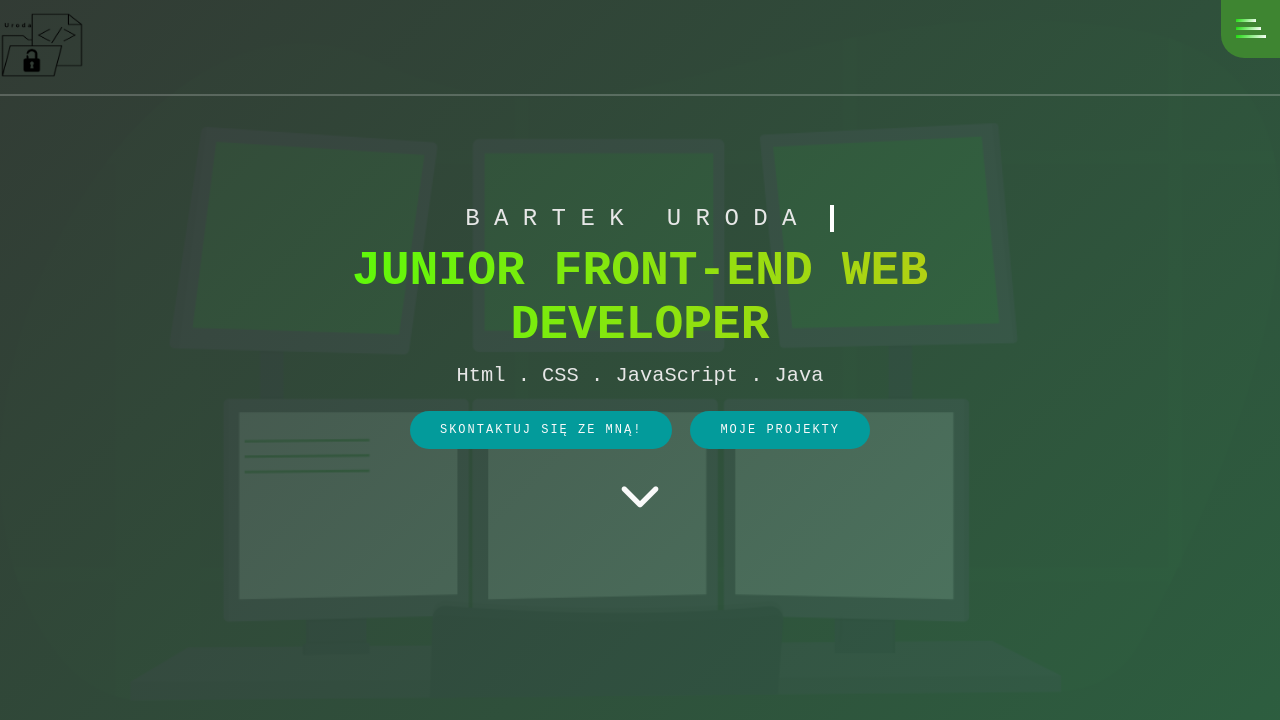
Repository: BartekUroda/portfolio
Page: index.html
These files come from the project's save history. The page is drawn as it stood at one moment and after the next save; the edit follows.
The browser window is 1280 px wide. The pictures show the whole page.
Some web fonts or font styles are not loaded; a fallback is used. Some web libraries are served in a nearby version.

Above is the page before, as saved 2020-10-27 00:35:19.

### index.html
<!DOCTYPE html>
<html lang="en">
<head>
    <meta charset="UTF-8">
    <meta name="viewport" content="width=device-width, initial-scale=1.0">
    <title>Portfolio | Bartek Uroda</title>
    <link rel="stylesheet" type="text/css" href="css/style.css">
    <link href="https://fonts.googleapis.com/css2?family=Poppins&sfamily=Share+Tech+Mono&display=swap" rel="stylesheet">
    <script src="https://kit.fontawesome.com/056e5c10dc.js" crossorigin="anonymous"></script>
    <link rel="shortcut icon" type="image/x-icon" href="images/favicon.ico" />
</head>
<body>
    <header>
        <div class="container">
            <nav>
                <div class="nav-brand">
                    <a href="index.html">
                        <img src="images/logo.png" alt="Uroda">
                    </a>
                </div>
                <div class="burger-menu-icon">
                    <div class="line1"></div>
                    <div class="line2"></div>
                    <div class="line3"></div>
                </div>
                <ul class="nav-list">
                    <li class="nav-item">
                      <a href="#landing-page">
                        <img
                          src="images/profile.jpeg"
                          alt="Bartek Uroda"
                          class="profile-pic nav-link"
                        >
                        <span class="caption nav-link">Bartek Uroda</span>
                      </a>
                    </li>
                    <li class="nav-item">
                      <a href="#about" class="nav-link">O mnie</a>
                    </li>
                    <li class="nav-item">
                      <a href="#services" class="nav-link">Usługi</a>
                    </li>
                    <li class="nav-item">
                      <a href="#projects" class="nav-link">Projekty</a>
                    </li>
                    <li class="nav-item">
                      <a href="#contact" class="nav-link">Kontakt</a>
                    </li>
                    <li class="nav-item">
                      <a href="https://www.facebook.com/bartlomiej.uroda.3" target="_blank" class="nav-link">
                        <i class="fab fa-facebook"></i>
                      </a>
                      <a href="https://github.com/Urodii" target="_blank" class="nav-link">
                        <i class="fab fa-github"></i>
                      </a>
                      <a href="https://www.youtube.com/channel/UCzT1h5RNvmbtrmKT5hPjyAg?view_as=subscriber" target="_blank" class="nav-link">
                        <i class="fab fa-youtube"></i>
                      </a>
                    </li>
                  </ul>
            </nav>
        </div>
    </header>
    <main>
      <section id="landing-page" class="landing-page">
        <div class="container">
          <div class="main-message">
            <h2>Bartek Uroda</h2>
            <h3>Junior Front-End Web Developer</h3>
            <p>Html . CSS . JavaScript . Java</p>
            <div class="intro-btn">
              <div class="cta">
                <a href="#contact" class="btn">Skontaktuj się ze mną!</a>
              </div>
              <div class="cta">
                <a href="#projects" class="btn">Moje Projekty</a>
              </div>
            </div>
            <div>
              <a href="#about" class="scroll-down">
                <i class="fa fa-chevron-down" aria-hidden="true"></i>
              </a>
            </div>
          </div>
        </div>
      </section>
    </main>
 <script type="text/javascript" src="js/main.js"></script>
</body>
</html>

### css/style.css
/* ----------GLOBAL STYLES---------- */
*,
*::before,
*::after {
  margin: 0;
  padding: 0;
  box-sizing: inherit;
}
html {
    font-family: "Share Tech Mono", monospace;
    font-size: 12px;
    box-sizing: border-box;
    scroll-behavior: smooth;
    color: #e7e7e7;
    background: rgb(49, 68, 56);
}

a {
    text-decoration: none;
    color: rgb(3, 155, 23);
}

a:hover {
    color: rgba(249, 105, 14, 1);
}

ul {
    list-style: none;
}

p {
    font-size: 1.4rem;
}

img {
    width: 100%;
    max-width: 100%;
    height: auto;
}
/* ----------HEADER---------- */
header {
    width: 100%;
    height: 5rem;
    position: absolute;
    top: 0;
    left: 0;
    z-index: 1;
}
.contenier {
    width: 100%;
    max-width: 90rem;
    margin: 0 auto;
    padding: 0 1.5rem;
}
.nav-brand {
    width: 7rem;
}
nav {
    width: 100%;
    display: flex;
    align-items: center;
    justify-content: space-between;
    padding: 1rem 0;
    border-bottom: 2px solid rgba(255, 255, 255, .2);
}
.line1 {
    width: 20px;
    height: 3px;
    margin: 5px 0;
    background: linear-gradient(
      135deg,
      rgb(27, 218, 10) 0%,
      rgb(255, 255, 255) 100%
    );
}
.line2 {
    width: 25px;
    height: 3px;
    background: linear-gradient(
      135deg,
      rgb(27, 218, 10) 0%,
      rgb(255, 255, 255) 100%
    );
}
.line3 {
    width: 30px;
    height: 3px;
    margin: 5px 0;
    background: linear-gradient(
      135deg,
      rgb(27, 218, 10) 0%,
      rgb(255, 255, 255) 100%
    );
}
.burger-menu-icon {
    cursor: pointer;
    z-index: 999;
    position: fixed;
    right: 0;
    top: 0;
    background-color: rgba(67, 145, 47, 0.815);
    padding: 1.2rem;
    border-radius: 0% 0% 0% 40%;
}
.profile-pic {
    height: 9rem;
    width: auto;
    border-radius: 50%;
    display: block;
    margin: 1.5rem 0;
}
.caption {
    display: block;
}
.nav-list {
    width: 24rem;
    height: 100vh;
    background-color:  rgb(69, 85, 75);
    position: fixed;
    top: 0;
    right: -26rem;
    display: flex;
    flex-direction: column;
    align-items: center;
    justify-self: start;
    z-index: 998;
    transition: all 650ms ease-in-out;
}
.nav-list.active {
    right: 0;
}
.nav-item {
    margin: 1.2rem 0;
}
.nav-link {
    opacity: 0;
    font-size: 1.3rem;
    text-transform: uppercase;
    color: #cecece;
    letter-spacing: 1.5px;
}
.nav-link:hover {
    color: rgb(62, 248, 15);
}
.toggle {
    background: none;
}
.toggle .line1 {
    transform: rotate(-45deg) translate(-5px, 6px) scalex(2);
}
.toggle .line2 {
    opacity: 0;
}
.toggle .line3 {
    width: 20px;
    transform: rotate(45deg) translate(-5px, -6px) scalex(2);
    margin-left: 0px;
}
@keyframes navLinkAnimate {
    from{
        opacity: 0;
        transform: translate(50px);
    }
    to{
        opacity: 1;
        transform: translate(0px);
    }
}
/* ----------MAIN---------- */
.landing-page{
    width: 100%;
    height: 100vh;
    background: linear-gradient(
        135deg,
        rgba(50, 58, 52, 0.9) 0%,
        rgba(44, 100, 65, 0.8) 100%
    ),
    url('../images/mainpage.png') center no-repeat;
    background-size: contain;
    position: relative;
}
.main-message {
    width: 100%;
    max-width: 58rem;
    text-transform: uppercase;
    position: absolute;
    left: 50%;
    top: 50%;
    transform: translate(-50%, -50%);
    text-align: center;
}
.main-message h2 {
    letter-spacing: 1.2rem;
    font-size: 2rem;
    font-weight: 400;
    overflow: hidden;
    white-space: nowrap;
    animation: typing 5s steps(27), blink 1s ease-in-out 7s infinite;
    width: 27ch;
    margin: auto;
    border-right: 4px solid rgba(255, 255, 255, 1);
}

@keyframes typing {
    75% {
      width: 0ch;
      color: rgba(249, 105, 14, 1);
    }
    100% {
      width: 27ch;
    }
  }

  @keyframes blink {
    0% {
      border-right: 4px solid rgba(255, 255, 255, 0);
    }
    100% {
      border-right: 4px solid rgb(194, 194, 194);
    }
  }

.main-message h3 {
    font-size: 4rem;
    margin: 1rem 0;
    color: rgba(249, 105, 14, 1);
    background: linear-gradient(
      to right,
      rgb(87, 253, 9) 0%,
      rgb(186, 204, 20) 100%
    );
    -webkit-background-clip: text;
    -webkit-text-fill-color: transparent;
}

.main-message p {
    text-transform: none;
    font-size: 1.7rem;
    font-weight: 400;
}

.intro-btn {
    display: flex;
    justify-content: center;
}

.btn {
    margin: 0 9px;
    background: rgba(3, 155, 155);
    border-radius: 2rem;
    color: #fafafa;
    padding: 1rem 2.5rem;
    display: inline-block;
    margin-top: 2rem;
    transition: background-color 650ms;
    font-weight: 500;
    letter-spacing: 2px;
}
.btn:hover {
    color: #fafafa;
    background-color: rgba(189, 72, 0);
}

.scroll-down i {
    color: #fafafa;
    transition: color 650ms;
    margin-top: 2rem;
    font-size: 3.5rem;
}

.scroll-down i:hover {
    color: rgba(189, 72, 0);
}

### js/main.js
//eselect elements
const selectElement = (s) => document.querySelector(s);
const navLinks = document.querySelectorAll(".nav-link");

selectElement(".burger-menu-icon").addEventListener("click", () => {
    selectElement(".nav-list").classList.toggle("active");
    selectElement(".burger-menu-icon").classList.toggle("toggle")

    navLinks.forEach((link, index) => {
        if (link.style.animation){
            link.style.animation = ""
        }else{
            link.style.animation = `navLinkAnimate 0.5s ease forwards ${ index/7 + 0.5}s`
            console.log(index/7 + 0.5)
        }
    })
});

After the next save:
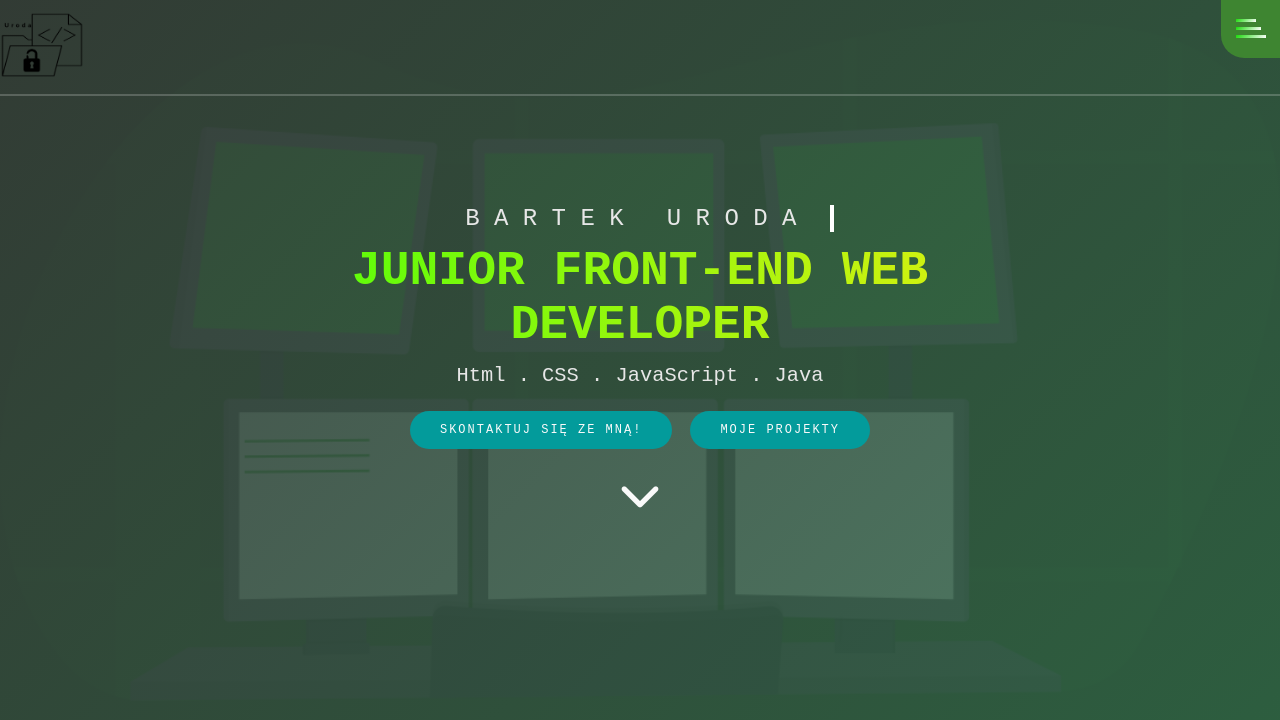
Saved 8 s later.
--- a/css/style.css
+++ b/css/style.css
@@ -227,7 +227,7 @@ nav {
     background: linear-gradient(
       to right,
       rgb(87, 253, 9) 0%,
-      rgb(186, 204, 20) 100%
+      rgb(217, 240, 17) 100%
     );
     -webkit-background-clip: text;
     -webkit-text-fill-color: transparent;
